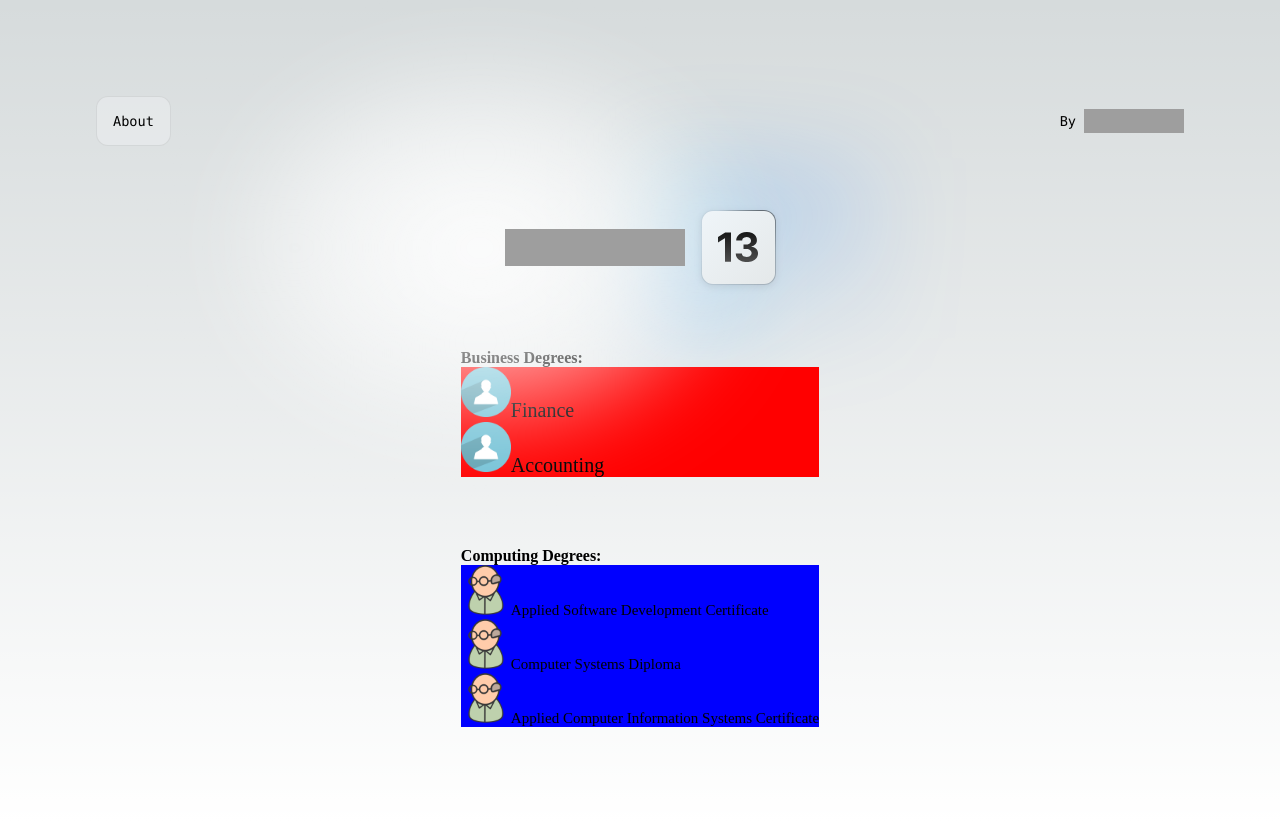
Repository: anikagrewal/week3example
Page: /
The author's editor kept a copy of each file at every save. The page is drawn from the files as they stood at one save, then again after the next save.
The browser window is 1280 px wide. The pictures show the whole page.
Pictures or frames that could not be fetched are drawn as grey boxes. The project was rebuilt for these pictures with package versions that can differ from the ones it lists, and the page was loaded fresh each time. The framework's server and built-in components were replaced by stand-ins that run in the browser. Also part of the build but not shown: next.config.js.

Above is the page before, as saved 2023-01-18 12:58:28.

### pages/index.js
import Head from 'next/head'
import Image from 'next/image'
import { Inter } from '@next/font/google'
import styles from '@/styles/Home.module.css'
import data from '../data/education.json'
import { useState } from 'react'
import Card from '../components/Card'
import Link from 'next/link'

const inter = Inter({ subsets: ['latin'] })

console.log(data);
export default function Home() {

  const [information, setInformation] = useState([...data])

  return (
    <>
      <Head>
        <title>Create Next App</title>
        <meta name="description" content="Generated by create next app" />
        <meta name="viewport" content="width=device-width, initial-scale=1" />
        <link rel="icon" href="/favicon.ico" />
      </Head>
      <main className={styles.main}>
        <div className={styles.description}>
          <p>
            <Link href="about">About</Link>
          </p>
          <div>
            <a
              href="https://vercel.com?utm_source=create-next-app&utm_medium=default-template&utm_campaign=create-next-app"
              target="_blank"
              rel="noopener noreferrer"
            >
              By{' '}
              <Image
                src="/vercel.svg"
                alt="Vercel Logo"
                className={styles.vercelLogo}
                width={100}
                height={24}
                priority
              />
            </a>
          </div>
        </div>

        <div className={styles.center}>
          <Image
            className={styles.logo}
            src="/next.svg"
            alt="Next.js Logo"
            width={180}
            height={37}
            priority
          />
          <div className={styles.thirteen}>
            <Image
              src="/thirteen.svg"
              alt="13"
              width={40}
              height={31}
              priority
            />
          </div>
        </div>

        <div className={styles.grid}>
          <div className={styles.gridlayout}>
          <div>
        <b className={styles.busdeg}>Business Degrees: </b>
          {information && information.map((info, index) => {
            if(info.department === "Business") {
              return (
                <Card key={index} degree={info.degree} colour="red" font="20px"/>
              )
            }


          })}
          </div>

        <div>
          <b className={styles.compdeg}>Computing Degrees:</b>
            {information && information.map((info, index) => {
            if(info.department.toLowerCase() === "computing") {
              return (
                <Card key={index} degree={info.degree} colour="blue" font="15px"/>
              )
            }
          })}

          </div>
        </div>
        </div>
      </main>
    </>
  )
}

### styles/Home.module.css
.main {
  display: flex;
  flex-direction: column;
  justify-content: space-between;
  align-items: center;
  padding: 6rem;
  min-height: 100vh;
}

.description {
  display: inherit;
  justify-content: inherit;
  align-items: inherit;
  font-size: 0.85rem;
  max-width: var(--max-width);
  width: 100%;
  z-index: 2;
  font-family: var(--font-mono);
}

.description a {
  display: flex;
  justify-content: center;
  align-items: center;
  gap: 0.5rem;
}

.description p {
  position: relative;
  margin: 0;
  padding: 1rem;
  background-color: rgba(var(--callout-rgb), 0.5);
  border: 1px solid rgba(var(--callout-border-rgb), 0.3);
  border-radius: var(--border-radius);
}

.code {
  font-weight: 700;
  font-family: var(--font-mono);
}

.grid {
  display: grid;
  grid-template-columns: (4, minmax(25%, auto));
  width: var(--max-width);
  max-width: 100%;
  justify-content: center;
}

.gridlayout {
  display: flex;
  flex-direction: column;
 gap: 70px;
}

.card {
  padding: 1rem 1.2rem;
  border-radius: var(--border-radius);
  background: rgba(var(--card-rgb), 0);
  border: 1px solid rgba(var(--card-border-rgb), 0);
  transition: background 200ms, border 200ms;
}

.card span {
  display: inline-block;
  transition: transform 200ms;
}

.card h2 {
  font-weight: 600;
  margin-bottom: 0.7rem;
}

.card p {
  margin: 0;
  opacity: 0.6;
  font-size: 0.9rem;
  line-height: 1.5;
  max-width: 30ch;
}

.center {
  display: flex;
  justify-content: center;
  align-items: center;
  position: relative;
  padding: 4rem 0;
}

.center::before {
  background: var(--secondary-glow);
  border-radius: 50%;
  width: 480px;
  height: 360px;
  margin-left: -400px;
}

.center::after {
  background: var(--primary-glow);
  width: 240px;
  height: 180px;
  z-index: -1;
}

.center::before,
.center::after {
  content: '';
  left: 50%;
  position: absolute;
  filter: blur(45px);
  transform: translateZ(0);
}

.logo,
.thirteen {
  position: relative;
}

.thirteen {
  display: flex;
  justify-content: center;
  align-items: center;
  width: 75px;
  height: 75px;
  padding: 25px 10px;
  margin-left: 16px;
  transform: translateZ(0);
  border-radius: var(--border-radius);
  overflow: hidden;
  box-shadow: 0px 2px 8px -1px #0000001a;
}

.thirteen::before,
.thirteen::after {
  content: '';
  position: absolute;
  z-index: -1;
}

.busdeg {
  align-items: center;
}

.compdeg {
  align-items: center;
}


/* Conic Gradient Animation */
.thirteen::before {
  animation: 6s rotate linear infinite;
  width: 200%;
  height: 200%;
  background: var(--tile-border);
}

/* Inner Square */
.thirteen::after {
  inset: 0;
  padding: 1px;
  border-radius: var(--border-radius);
  background: linear-gradient(
    to bottom right,
    rgba(var(--tile-start-rgb), 1),
    rgba(var(--tile-end-rgb), 1)
  );
  background-clip: content-box;
}

/* Enable hover only on non-touch devices */
@media (hover: hover) and (pointer: fine) {
  .card:hover {
    background: rgba(var(--card-rgb), 0.1);
    border: 1px solid rgba(var(--card-border-rgb), 0.15);
  }

  .card:hover span {
    transform: translateX(4px);
  }
}

@media (prefers-reduced-motion) {
  .thirteen::before {
    animation: none;
  }

  .card:hover span {
    transform: none;
  }
}

/* Mobile */
@media (max-width: 700px) {
  .content {
    padding: 4rem;
  }

  .grid {
    grid-template-columns: 1fr;
    margin-bottom: 120px;
    max-width: 320px;
    text-align: center;
  }

  .card {
    padding: 1rem 2.5rem;
  }

  .card h2 {
    margin-bottom: 0.5rem;
  }

  .center {
    padding: 8rem 0 6rem;
  }

  .center::before {
    transform: none;
    height: 300px;
  }

  .description {
    font-size: 0.8rem;
  }

  .description a {
    padding: 1rem;
  }

  .description p,
  .description div {
    display: flex;
    justify-content: center;
    position: fixed;
    width: 100%;
  }

  .description p {
    align-items: center;
    inset: 0 0 auto;
    padding: 2rem 1rem 1.4rem;
    border-radius: 0;
    border: none;
    border-bottom: 1px solid rgba(var(--callout-border-rgb), 0.25);
    background: linear-gradient(
      to bottom,
      rgba(var(--background-start-rgb), 1),
      rgba(var(--callout-rgb), 0.5)
    );
    background-clip: padding-box;
    backdrop-filter: blur(24px);
  }

  .description div {
    align-items: flex-end;
    pointer-events: none;
    inset: auto 0 0;
    padding: 2rem;
    height: 200px;
    background: linear-gradient(
      to bottom,
      transparent 0%,
      rgb(var(--background-end-rgb)) 40%
    );
    z-index: 1;
  }
}

/* Tablet and Smaller Desktop */
@media (min-width: 701px) and (max-width: 1120px) {
  .grid {
    grid-template-columns: repeat(2, 50%);
  }
}

@media (prefers-color-scheme: dark) {
  .vercelLogo {
    filter: invert(1);
  }

  .logo,
  .thirteen img {
    filter: invert(1) drop-shadow(0 0 0.3rem #ffffff70);
  }
}

@keyframes rotate {
  from {
    transform: rotate(360deg);
  }
  to {
    transform: rotate(0deg);
  }
}

### data/education.json
[
        {
            "studentNumber": "A0004567",
            "firstName": "Person 1",
            "gpa": 3.8,
            "department": "Business",
            "degree": "Finance",
            "graduted": 2014
        },
        {
            "studentNumber": "A0001234",
            "firstName": "Person 2",
            "gpa": 3.5,
            "department": "Business",
            "degree": "Accounting",
            "graduted": 2010
        },
        {
            "studentNumber": "A0007890",
            "firstName": "Person 3",
            "gpa": 3.2,
            "department": "Computing",
            "degree": "Applied Software Development Certificate",
            "graduted": 2018
        },
        {
            "studentNumber": "A0007828",
            "firstName": "Person 4",
            "gpa": 3.9,
            "department": "Computing",
            "degree": "Computer Systems Diploma",
            "graduted": 2021
        },
        {
            "studentNumber": "A0003425",
            "firstName": "Person 5",
            "gpa": 3.2,
            "department": "Computing",
            "degree": "Applied Computer Information Systems Certificate",
            "graduted": 2021
        }
]

### components/Card/index.js
export default function Card({
    degree = "none",
    colour = "purple",
    font = "0",
    image = "icon/personTwo.png"
}) {
    return(
        <div style={{backgroundColor: colour, fontSize:font}}>
            {
                colour === "red" ? <img src={'icon/person.png'} width="50"/> :
                colour === "blue" ? <img src={'icon/personThree.png'} width="50"/>:
                                     <img src={image} width="50"/>
            }
            {degree}
        </div>
    )
}

Loaded but not shown: pages/_app.js (common file); pages/_document.js (common file); styles/globals.css (common file)

After the next save:
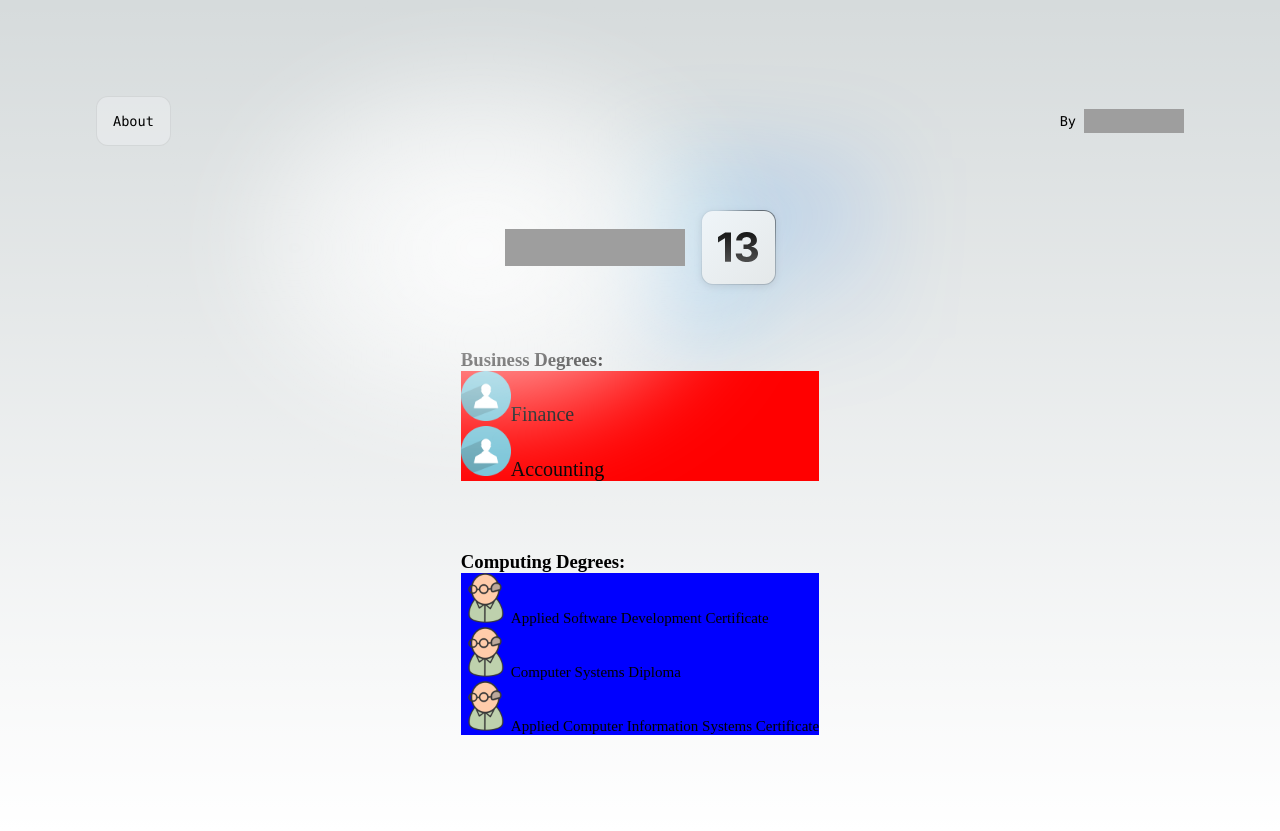
Saved 44 s later.
--- a/pages/index.js
+++ b/pages/index.js
@@ -69,7 +69,7 @@
         <div className={styles.grid}>
           <div className={styles.gridlayout}>
           <div>
-        <b className={styles.busdeg}>Business Degrees: </b>
+        <h3 className={styles.busdeg}>Business Degrees: </h3>
           {information && information.map((info, index) => {
             if(info.department === "Business") {
               return (
@@ -82,7 +82,7 @@
           </div>
 
         <div>
-          <b className={styles.compdeg}>Computing Degrees:</b>
+          <h3 className={styles.compdeg}>Computing Degrees:</h3>
             {information && information.map((info, index) => {
             if(info.department.toLowerCase() === "computing") {
               return (
